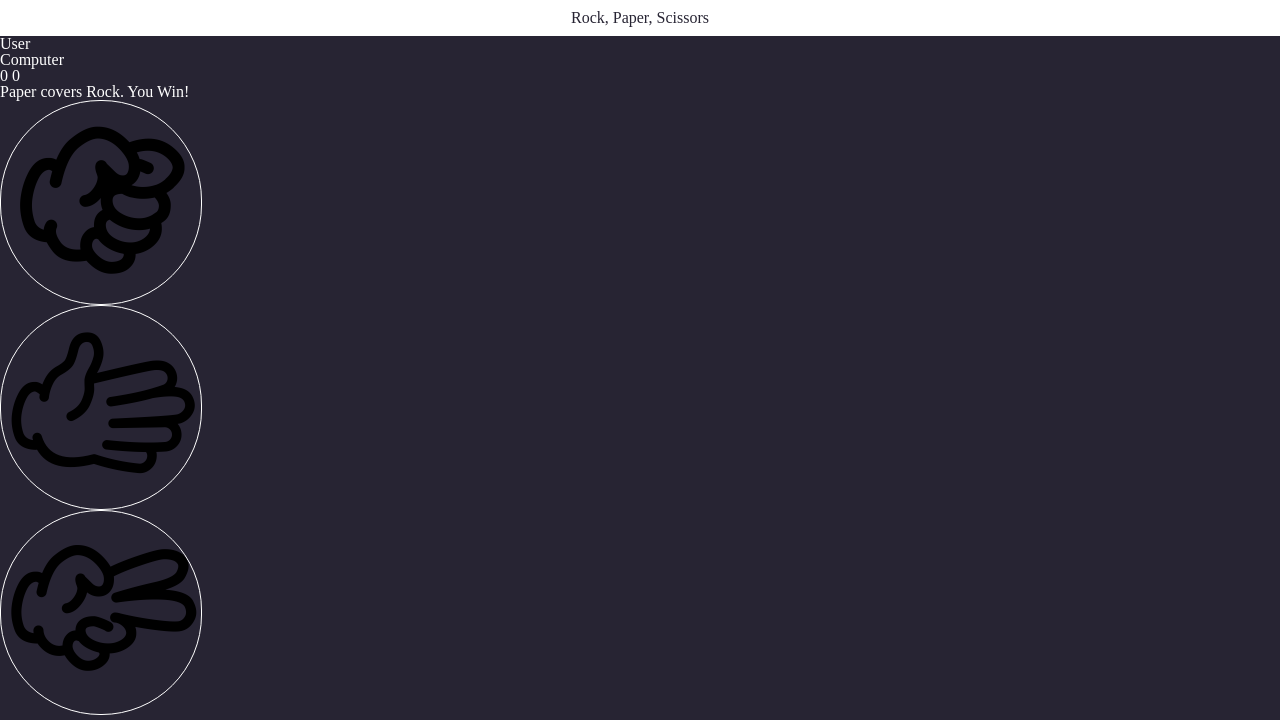
Repository: AndersonGuilherme/rock-paper-scissor-game-javascript
Page: index.html
These files come from the project's save history. The page is drawn as it stood at one moment and after a run of saves; the edit follows.
The browser window is 1280 px wide. The pictures show the whole page.

Above is the page before, as saved 2019-01-12 12:42:09.

After the next 16 saves:
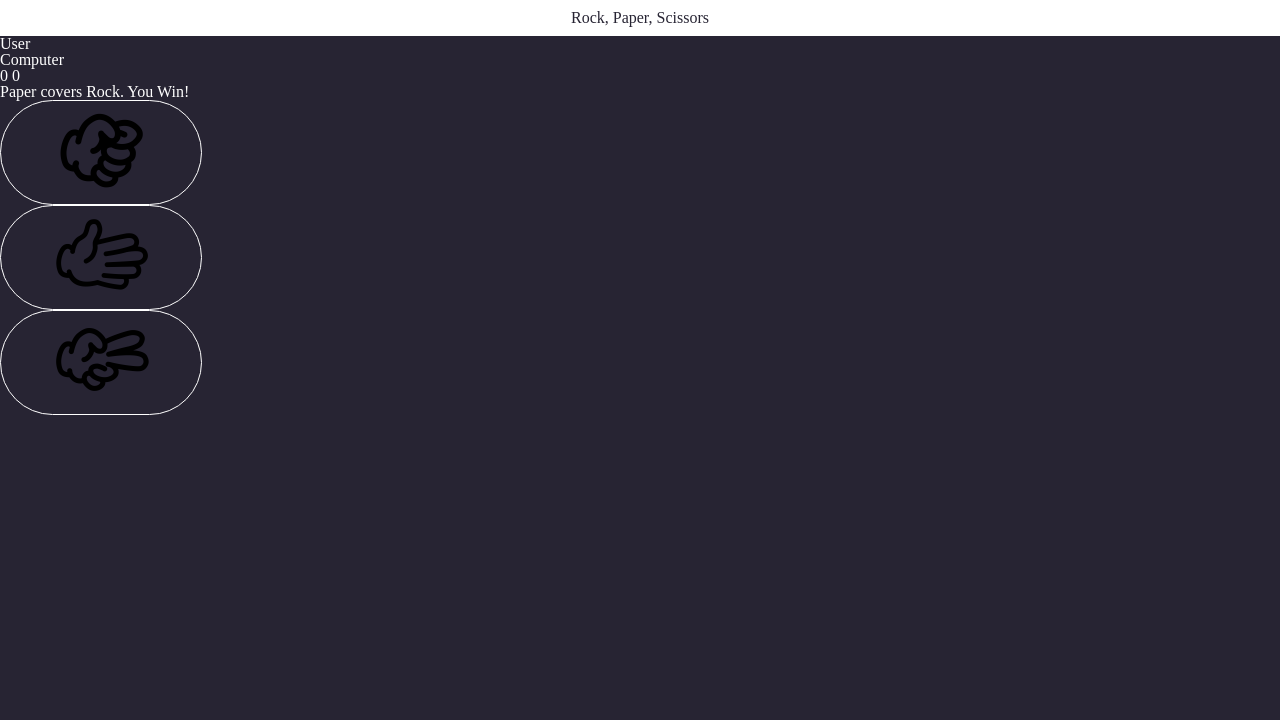
The 16 saves are shown as one change because they came seconds apart.
The last was saved 30 s later.
--- a/src/public/css/style.css
+++ b/src/public/css/style.css
@@ -17,4 +17,6 @@ body{
     max-width: 200px;
 }
 
-.choice image
+.choice>img{
+    max-height: 100px
+}
